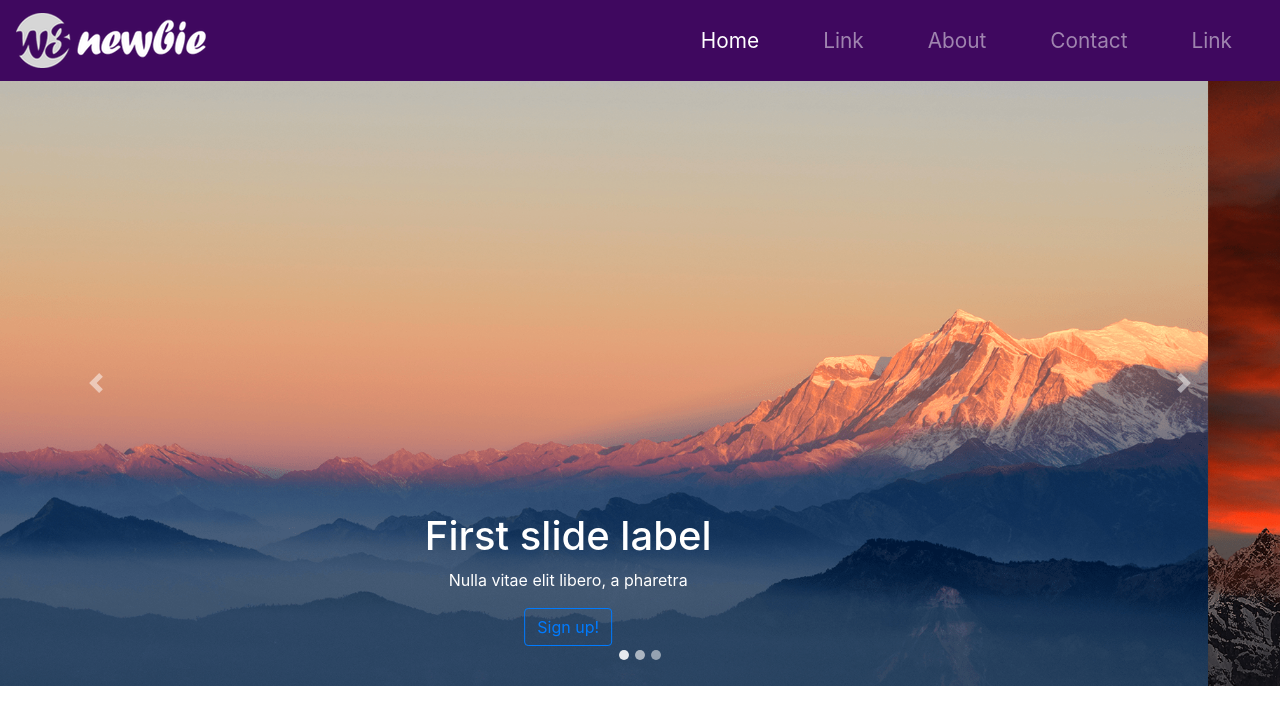
Repository: Mietlicha/bootstrap-project
Page: Bootstrap Website Files/index.html
The author's editor kept a copy of each file at every save. The page is drawn from the files as they stood at one save, then again after the next save.
The browser window is 1280 px wide. The pictures show the whole page.

Above is the page before, as saved 2019-10-28 21:48:56.

After the next save:
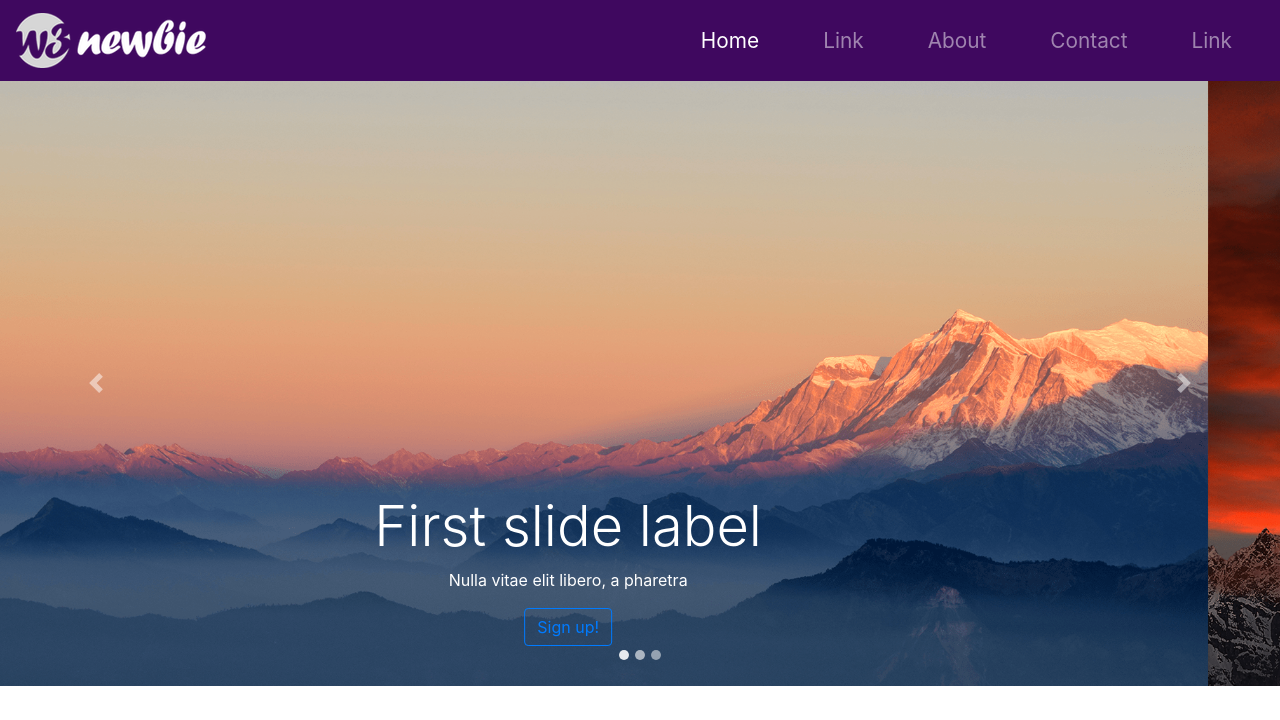
Saved 49 s later.
--- a/Bootstrap Website Files/index.html
+++ b/Bootstrap Website Files/index.html
@@ -52,7 +52,7 @@
         <div class="carousel-item active">
           <img src="img/mountains.png" class="d-block w-100" alt="mountains">
           <div class="carousel-caption d-none d-md-block">
-              <h1>First slide label</h1>
+              <h1 class="display-4">First slide label</h1>
               <p>Nulla vitae elit libero, a pharetra</p>
               <button type="button" class="btn btn-outline-primary">Sign up!</button>
             </div>
